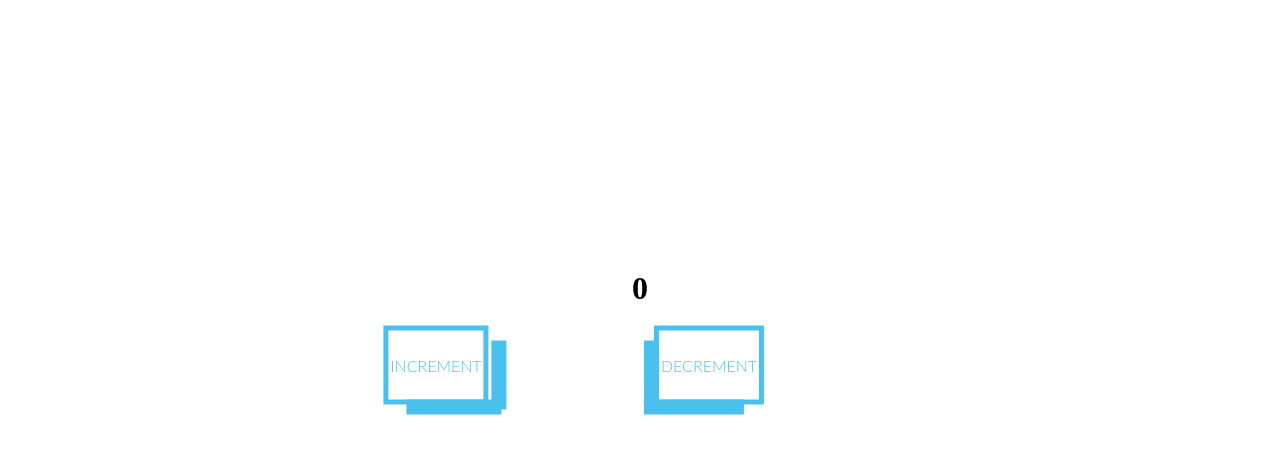
Repository: Ellisvelandia/react_introduction_test
Page: /
These files come from the project's save history. The page is drawn as it stood at one moment and after the next save; the edit follows.
The browser window is 1280 px wide. The pictures show the whole page.
The project was rebuilt for these pictures with package versions that can differ from the ones it lists, and the page was loaded fresh each time. Also part of the build but not shown: src/index.css.

Above is the page before, as saved 2022-08-15 20:17:27.

### src/App.js
import "./App.scss";
import React, { useState } from "react";

const App = () => {
  const [num, changeNum] = useState(0);

  const incrementNum = () => {
    changeNum(num + 2);
  };

  const decrementNum = () => {
    if (num - 1 < 0) {
      alert(`you can't decrease than 0`);
    } else {
      changeNum(num - 2);
    }
  };

  return (
    <>
      <div className="container">
        <h1>{num}</h1>
        <button className="button_I" onClick={incrementNum}>Increment</button>
        <button className="button_D" onClick={decrementNum}>Decrement</button>
      </div>
    </>
  );
};

export default App;

### src/App.scss
* {
  margin: 0;
  padding: 0;
  box-sizing: border-box;
}

body {
  width: 100%;
  height: 100vh;
  display: flex;
  justify-content: center;
  align-items: center;
  flex-direction: column;
}

.container {
  align-self: center;
}

h1 {
  position: absolute;
  left: 50%;
  top: 40%;
  transform: translateX(-50%) translateY(-50%);
}

button {
  font-size: 1rem;
  margin: 5px;
  font-family: "Lato", sans-serif;
  font-weight: 300;
}

.button_I {
  margin-left: -140px;
}

.button_I {
  position: absolute;
  left: 45%;
  top: 50%;
  transform: translateX(-50%) translateY(-50%);
  background: #fff;
  max-width: 120px;
  padding: 25px 2px;

  border: 5px solid #4ac0ee;
  color: #4ac0ee;
  text-transform: uppercase;
  text-align: center;

  z-index: 2;
  transition: all 0.15s 0.15s ease-out;

  &:after,
  &:before {
    position: absolute;
    width: 100%;
    max-width: 100%;
    top: 100%;
    left: 0;
    bottom: -10px;
    content: "";
    z-index: 1;
    transition: all 0.15s 0.15s ease-out;
  }

  &:before {
    background: #4ac0ee;
    top: 10px;
    left: 103px;
    height: 100%;
    width: 15px;
  }

  &:after {
    width: 100%;
    background: #4ac0ee;
    right: 0px;
    left: 18px;
    height: 15px;
  }

  &:hover {
    background: #4ac0ee;
    color: #fff;
    margin-left: -7.5px;
    margin-bottom: -7.5px;

    &:after,
    &:before {
      top: 100%;
      left: 0;
      bottom: 0px;
    }

    &:before {
      top: 0px;
      left: 0px;
      width: 0px;
    }

    &:after {
      right: 0px;
      left: 0px;
      height: 0px;
    }
  }
}



.button_D {
  position: absolute;
  left: 55%;
  top: 50%;
  transform: translateX(-50%) translateY(-50%);
  margin-right: 10px;
  background: #fff;
  max-width: 120px;
  padding: 25px 2px;

  border: 5px solid #4ac0ee;
  color: #4ac0ee;
  text-transform: uppercase;
  text-align: center;

  z-index: 2;
  transition: all 0.15s 0.15s ease-out;

  &:after,
  &:before {
    position: absolute;
    width: 100%;
    max-width: 100%;
    top: 100%;
    left: 0;
    bottom: -10px;
    content: "";
    z-index: 1;
    transition: all 0.15s 0.15s ease-out;
  }

  &:before {
    background: #4ac0ee;
    top: 10px;
    left: -15px;
    height: 100%;
    width: 15px;
  }

  &:after {
    width: 100%;
    background: #4ac0ee;
    right: 0px;
    left: -15px;
    height: 15px;
  }

  &:hover {
    background: #4ac0ee;
    color: #fff;
    margin-left: -7.5px;
    margin-bottom: -7.5px;

    &:after,
    &:before {
      top: 100%;
      left: 0;
      bottom: 0px;
    }

    &:before {
      top: 0px;
      left: 0px;
      width: 0px;
    }

    &:after {
      right: 0px;
      left: 0px;
      height: 0px;
    }
  }
}

Loaded but not shown: public/index.html (common file); src/index.js (common file); src/reportWebVitals.js (common file)

After the next save:
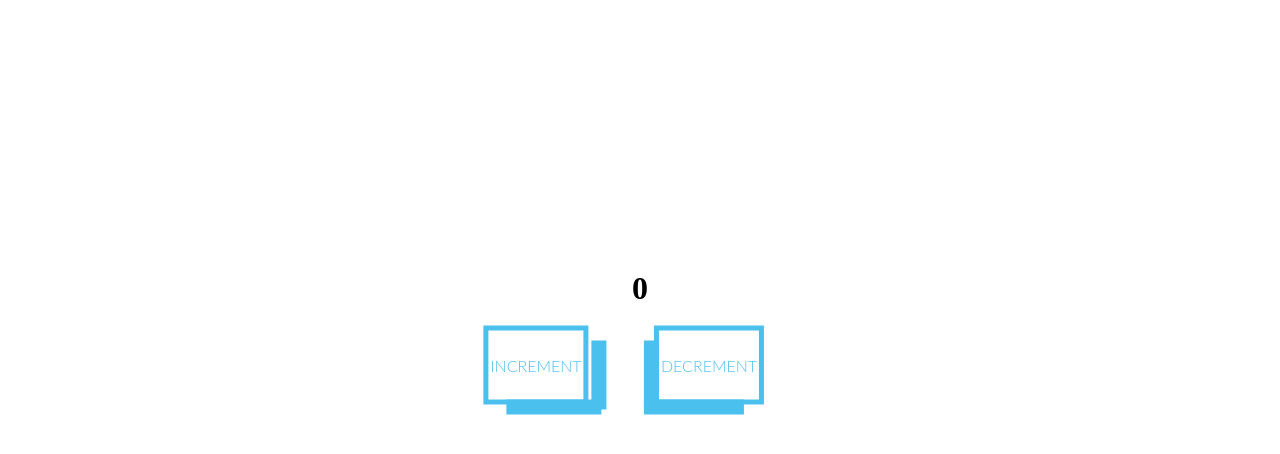
Saved 4 s later.
--- a/src/App.scss
+++ b/src/App.scss
@@ -32,7 +32,7 @@ button {
 }
 
 .button_I {
-  margin-left: -140px;
+  margin-left: -40px;
 }
 
 .button_I {
